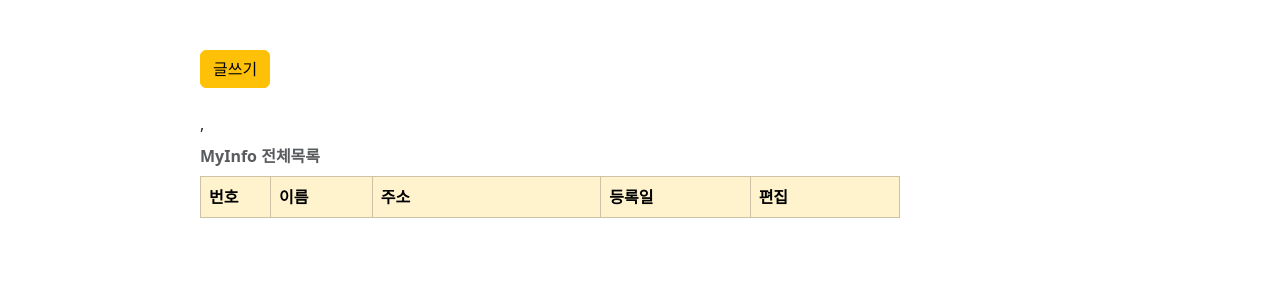
Repository: kim-gemma/JspStudy_hnkim
Page: http://localhost/JspCrudProject/myinfo/infolist.jsp
These files come from the project's save history. The page is drawn as it stood at one moment and after the next save; the edit follows.
The browser window is 1280 px wide. The pictures show the whole page.
Some web fonts or font styles are not loaded; a fallback is used. The page is served by Tomcat 9. Other server files are loaded and not shown. Queries for data that is not in the repository find no rows.

Above is the page before, as saved 2025-12-11 03:44:01.

### JspCrudProject/src/main/webapp/myinfo/infolist.jsp
<%@page import="java.text.SimpleDateFormat"%>
<%@page import="myinfo.MyInfoDto"%>
<%@page import="java.util.List"%>
<%@page import="myinfo.MyInfoDao"%>
<%@ page language="java" contentType="text/html; charset=UTF-8"
    pageEncoding="UTF-8"%>
<!DOCTYPE html>
<html>
<head>
<meta charset="UTF-8">
<link href="https://fonts.googleapis.com/css2?family=Dongle&family=Gamja+Flower&family=Nanum+Myeongjo&family=Nanum+Pen+Script&display=swap" rel="stylesheet">
<link href="https://cdn.jsdelivr.net/npm/bootstrap@5.3.8/dist/css/bootstrap.min.css" rel="stylesheet" integrity="sha384-sRIl4kxILFvY47J16cr9ZwB07vP4J8+LH7qKQnuqkuIAvNWLzeN8tE5YBujZqJLB" crossorigin="anonymous">
<link rel="stylesheet" href="https://cdn.jsdelivr.net/npm/bootstrap-icons@1.13.1/font/bootstrap-icons.min.css">
<title>Insert title here</title>
<script src="https://code.jquery.com/jquery-3.7.1.js"></script>
</head>
<%
    MyInfoDao dao=new MyInfoDao();
    List<MyInfoDto> list=dao.getAllDatas();
%>
<body>
<div style="width: 700px; margin: 50px 200px;" >
    <button type="button" class="btn btn-warning"
    onclick="location.href='insertform.jsp'">글쓰기</button>
    <br><br>
    <table class="table table-bordered">
      <caption align="top"><b>MyInfo 전체목록</b></caption>
       <tr class="table-warning">
         <th width="80">번호</th> ,
         <th width="120">이름</th>
         <th width="280">주소</th>
         <th width="180">등록일</th>
         <th width="180">편집</th>
       </tr>


       <%
        for(int i=0;i<list.size();i++)
        {
            MyInfoDto dto=list.get(i);
            SimpleDateFormat sdf=new SimpleDateFormat("yyyy년 MM월 dd일 ");
        %>
        	<tr>
        	 <td align="center"><%=i+1 %></td>
        	   <td><%=dto.getName() %></td>
        	   <td><%=dto.getAddr() %></td>
        	   <td><%=sdf.format(dto.getSdate())%></td>
        	   <td>
        	     <button type="button" class="btn btn-info btn-sm"
        	     onclick="location.href='updateform.jsp?num=<%=dto.getNum()%>'">수정</button>
        	     <button type="button" class="btn btn-danger btn-sm"
        	     onclick="location.href='delete.jsp?num=<%=dto.getNum()%>'">삭제</button>
        	   </td>
        	</tr>
        <%}
       %>


    </table>

</div>
</body>
</html>

### JspCrudProject/src/main/java/myinfo/MyInfoDao.java
package myinfo;

import java.sql.Connection;
import java.sql.PreparedStatement;
import java.sql.ResultSet;
import java.sql.SQLException;
import java.util.List;
import java.util.Vector;

import oracle_db.DbConnect;

public class MyInfoDao {

	DbConnect db=new DbConnect();

	//insert
	public void insertMyinfo(MyInfoDto dto)
	{
		Connection conn=db.getDbConnect();
		PreparedStatement pstmt=null;

		String sql="insert into myinfo values(seq1.nextval,?,?,sysdate)";

		try {
			pstmt=conn.prepareStatement(sql);

			//바인딩
			pstmt.setString(1, dto.getName());
			pstmt.setString(2, dto.getAddr());

			//업데이트
			//pstmt.execute();
			pstmt.executeUpdate();


		} catch (SQLException e) {
			// TODO Auto-generated catch block
			e.printStackTrace();
		}finally {
			db.dbClose(pstmt, conn);
		}
	}


	//select
	public List<MyInfoDto> getAllDatas()
	{
		List<MyInfoDto> list=new Vector<MyInfoDto>();

		Connection conn=db.getDbConnect();
		PreparedStatement pstmt=null;
		ResultSet rs=null;

		//num의 오름차순 조회
		String sql="select * from myinfo order by num asc";

		try {
			pstmt=conn.prepareStatement(sql);
			rs=pstmt.executeQuery();

			//여러개의 데이터 조회시는 while
			while(rs.next()) {

				//반드시 while문 안에서 dto선언
				MyInfoDto dto=new MyInfoDto();

				dto.setNum(rs.getString("num"));
				dto.setName(rs.getString("name"));
				dto.setAddr(rs.getString("addr"));
				dto.setSdate(rs.getTimestamp("sdate"));

				//리스트에 추가
				list.add(dto);
			}


		} catch (SQLException e) {
			// TODO Auto-generated catch block
			e.printStackTrace();
		}finally {
			db.dbClose(rs, pstmt, conn);
		}
		return list;
	}

	//delete
	//왜 void로 해? delete 는?
	public void deleteMyinfo(String num)
	{
		Connection conn =db.getDbConnect();
		PreparedStatement pstmt=null;

		String sql="delete from myinfo where num = ?";
		//? 아니야? 변수에 대한 바인딩 해줘야됨 그래서 +num 으로 해주는것도 나쁘지 않나?
		try {
			pstmt=conn.prepareStatement(sql);
			//? 바인딩1
			pstmt.setString(1, num);
			//업데이트
			pstmt.executeUpdate();
			//업데이트
			//pstmt.execute();

		} catch (SQLException e) {
			// TODO Auto-generated catch block
			e.printStackTrace();
		} finally {
			db.dbClose(pstmt, conn);
		}

	}

	//수정에 필요한 하나의 데이터 조회
	public  MyInfoDto getOneData(String num) {
		MyInfoDto dto= new MyInfoDto();
		Connection conn=db.getDbConnect();
		PreparedStatement pstmt=null;
		ResultSet rs=null;

		String sql="select * from myInfo where num="+num;

		try {
			pstmt=conn.prepareStatement(sql);
			rs=pstmt.executeQuery();

			//수정하려는 하나의 데이타만 필요하므로 if
			if(rs.next())
			{
				dto.setNum(rs.getString("num"));
				dto.setName(rs.getString("name"));
				dto.setAddr(rs.getString("addr"));

			}
		} catch (SQLException e) {
			// TODO Auto-generated catch block
			e.printStackTrace();
		} finally {
            db.dbClose(rs, pstmt, conn);

		}
		return dto;
	}
	//수정
	public void updateMyinfo(MyInfoDto dto)
	{
		Connection conn=db.getDbConnect();
		PreparedStatement pstmt=null;

		String sql="update myinfo set name=?, addr=? where num=?";
		try {
			pstmt=conn.prepareStatement(sql);
			//? 바인딩 sql 순서대로 무조건 해줘야함
			pstmt.setString(1, dto.getName());
			pstmt.setString(2, dto.getAddr());
			pstmt.setString(3, dto.getNum());

			//업데이트
			pstmt.execute();

		} catch (SQLException e) {
			// TODO Auto-generated catch block
			e.printStackTrace();
		}finally {
			db.dbClose(pstmt, conn);
		}
	}
}

### JspCrudProject/src/main/java/oracle_db/DbConnect.java
package oracle_db;

import java.sql.Connection;
import java.sql.DriverManager;
import java.sql.PreparedStatement;
import java.sql.ResultSet;
import java.sql.SQLException;
import java.sql.Statement;

public class DbConnect {

	String driver="oracle.jdbc.driver.OracleDriver";
	static final String ORACLE_URL="jdbc:oracle:thin:@localhost:1521:XE";


	public DbConnect() {
		try {
			Class.forName(driver);
			System.out.println("오라클 드라이버 성공!!!");
		} catch (ClassNotFoundException e) {
			// TODO Auto-generated catch block
			System.out.println("오라클 드라이버 실패!!!");
		}
	}

	//오라클서버연결메서드(Connection)
	public Connection getDbConnect()
	{
		Connection conn=null;

		try {
			conn=DriverManager.getConnection(ORACLE_URL, "hnkim", "a1234");
			System.out.println("오라클 서버연결 성공!!!");
		} catch (SQLException e) {
			// TODO Auto-generated catch block
			System.out.println("오라클 서버연결 실패!!!"+e.getMessage());
		}


		return conn;
	}

	//close 메서드 만들기
	public void dbClose(ResultSet rs,Statement stmt,Connection conn)
	{
		try {
			rs.close();
			stmt.close();
			conn.close();
		} catch (SQLException e) {
			// TODO Auto-generated catch block
			e.printStackTrace();
		}
	}
	public void dbClose(Statement stmt,Connection conn)
	{
		try {
			stmt.close();
			conn.close();
		} catch (SQLException e) {
			// TODO Auto-generated catch block
			e.printStackTrace();
		}
	}
	public void dbClose(ResultSet rs,PreparedStatement pstmt,Connection conn)
	{
		try {
			rs.close();
			pstmt.close();
			conn.close();
		} catch (SQLException e) {
			// TODO Auto-generated catch block
			e.printStackTrace();
		}
	}
	public void dbClose(PreparedStatement pstmt,Connection conn)
	{
		try {
			pstmt.close();
			conn.close();
		} catch (SQLException e) {
			// TODO Auto-generated catch block
			e.printStackTrace();
		}
	}



}

After the next save:
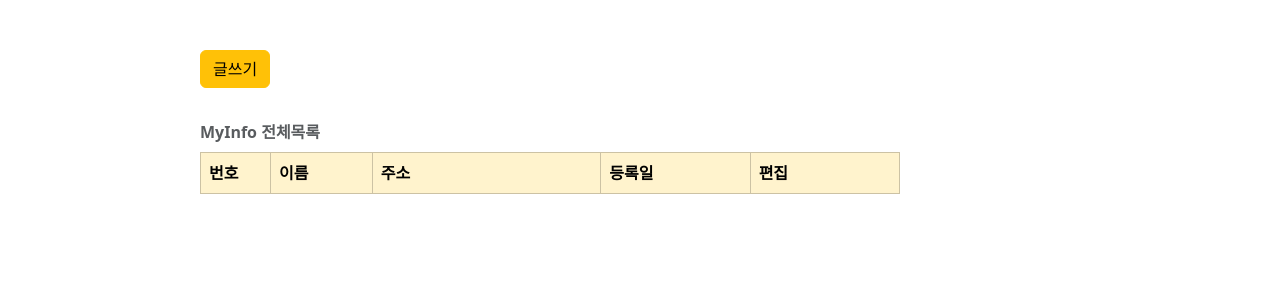
Saved 3 min 28 s later.
--- a/JspCrudProject/src/main/webapp/myinfo/infolist.jsp
+++ b/JspCrudProject/src/main/webapp/myinfo/infolist.jsp
@@ -26,7 +26,7 @@
     <table class="table table-bordered">
       <caption align="top"><b>MyInfo 전체목록</b></caption>
        <tr class="table-warning">
-         <th width="80">번호</th> ,
+         <th width="80">번호</th>
          <th width="120">이름</th>
          <th width="280">주소</th>
          <th width="180">등록일</th>
